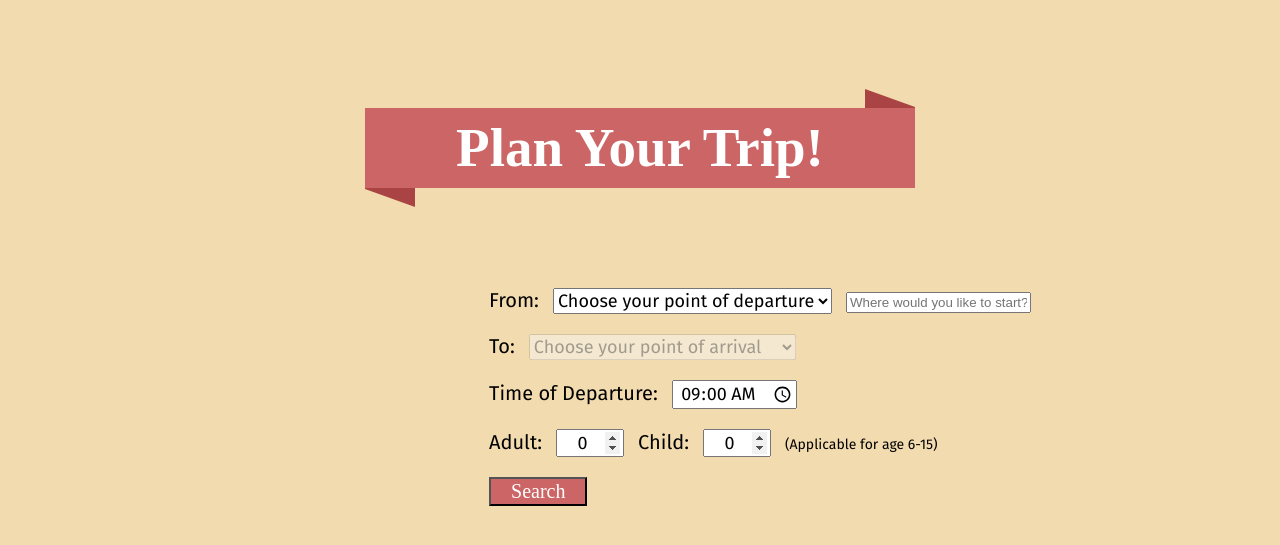
Repository: bbh0607/bae_dNation
Page: public/index.html
These files come from the project's save history. The page is drawn as it stood at one moment and after the next save; the edit follows.
The browser window is 1280 px wide. The pictures show the whole page.
Some web fonts or font styles are not loaded; a fallback is used.

Above is the page before, as saved 2020-02-01 15:14:08.

### public/index.html
<!DOCTYPE html>
<html lang="en">
  <head>
    <meta charset="UTF-8" />
    <link rel="stylesheet" type="text/css" href="./css/style.css" />
    <link rel="stylesheet" href="https://fonts.googleapis.com/css?family=Fira+Sans">
    <script src="js/script.js"></script>
    <title>My Website</title>
  </head>
  <body>
    <h1>Plan Your Trip!</h1>
    <form action="result.html" method="POST">
      <ul>
        <li>
          <label for="from">From:</label>
          <select id="fromSelect" name="from" onchange="removeDuplicate(this)" required>
            <option value="DEFAULT" selected disabled hidden>Choose your point of departure</option>
            <option value="KLIA">KLIA (KL International Airport)</option>
            <option value="KLIA2">KLIA2 (Airport Terminal 2)</option>
            <option value="SENTRAL">KL Sentral</option>
            <option value="OTHER">Other..</option>
          </select>
          <input type="text" name="search" placeholder="Where would you like to start?">
        </li>
        <li>
          <label for="to">To:</label>
          <select id="toSelect" name="to" onchange="removeDuplicate(this)" disabled required>
            <option value="DEFAULT" selected disabled hidden>Choose your point of arrival</option>
            <option value="KLIA">KLIA (KL International Airport)</option>
            <option value="KLIA2">KLIA2 (Airport Terminal 2)</option>
            <option value="SENTRAL">KL Sentral</option>
            <option value="OTHER">Other..</option>
          </select>
        </li>
        <li>
          <label for="deptime">Time of Departure:</label>
          <input type="time" id="deptime" name="deptime" value="09:00" required>
        </li>
        <li>
          <label for="adult">Adult:</label>
          <input type="number" id="adult" name="adult" value="0" min='0' required>
          <label for="child">Child:</label>
          <input type="number" id="child" name="child" value="0" min='0' required>
          <small>(Applicable for age 6-15)</small>
        </li>
        <li>
          <input type="submit" value="Search">
        </li>
      </ul>
    </form a>
  </body>
</html>

### public/css/style.css
/* body {
  background-color: aquamarine;
} */

@import url(https://fonts.googleapis.com/css?family=Patua+One);

body {
  background-color:#F2DBAE;
  align-content: center;
}

h1 {
  background-color:#c66;
  width:550px; height:80px;
  line-height:80px;
  font-size:55px;
  text-align:center;
  position:relative;
  margin:100px auto;
  font-family: 'Patua One', cursive;
  color:#fff;
  }

h1:before, h1:after {
  background-color:#a44;
  width:50px; height:80px;
  content:'';
  display:block;
  transform:skewY(20deg);
  position:absolute;
  z-index:-1;
}

h1:before {top:10px; left:0; }
h1:after {top:-10px; right:0; }

label {
  font-size: 20px;
  font-family: "Fira Sans", sans-serif;
  margin-right: 10px;
}

ul {
  list-style-type: none;
  justify-self: center;
  margin-left: 200px;
}

li {
  margin-top: 20px;
}

select {
  font-family: "Fira Sans", sans-serif;
  font-size: 18px;
  margin-right: 10px;
}

input[type="submit"]{
  background-color: #c66;
  color: #fff;
  font-size: 20px;
  font-family: 'Patua One', cursive;
  padding-left: 20px;
  padding-right: 20px;
}

input[type="number"]{
  width: 60px;
  text-align: center;
  margin-right: 10px;
  font-family: "Fira Sans", sans-serif;
  font-size: 18px;
}

input[type="time"]{
  width: 120px;
  text-align: center;
  font-family: "Fira Sans", sans-serif;
  font-size: 18px;
}

small {
  font-family: "Fira Sans", sans-serif;
  font-size: 14px;
}

input[type='number']::-webkit-inner-spin-button,
input[type='number']::-webkit-outer-spin-button {
    opacity: 1;
}

input[type='time']::-webkit-inner-spin-button,
input[type='time']::-webkit-outer-spin-button {
    opacity: 1;
}

### public/js/script.js
function removeDuplicate(element) {
    const changedId = element.id;
    const comparisonId = changedId == 'fromSelect'? 'toSelect': 'fromSelect';
    const changed = document.getElementById(changedId);
    const compare = document.getElementById(comparisonId)
    if (
      changed.options[changed.selectedIndex].value ==
      compare.options[compare.selectedIndex].value
    ) compare.value="DEFAULT"
    document.getElementById(comparisonId).disabled = false;
}

After the next save:
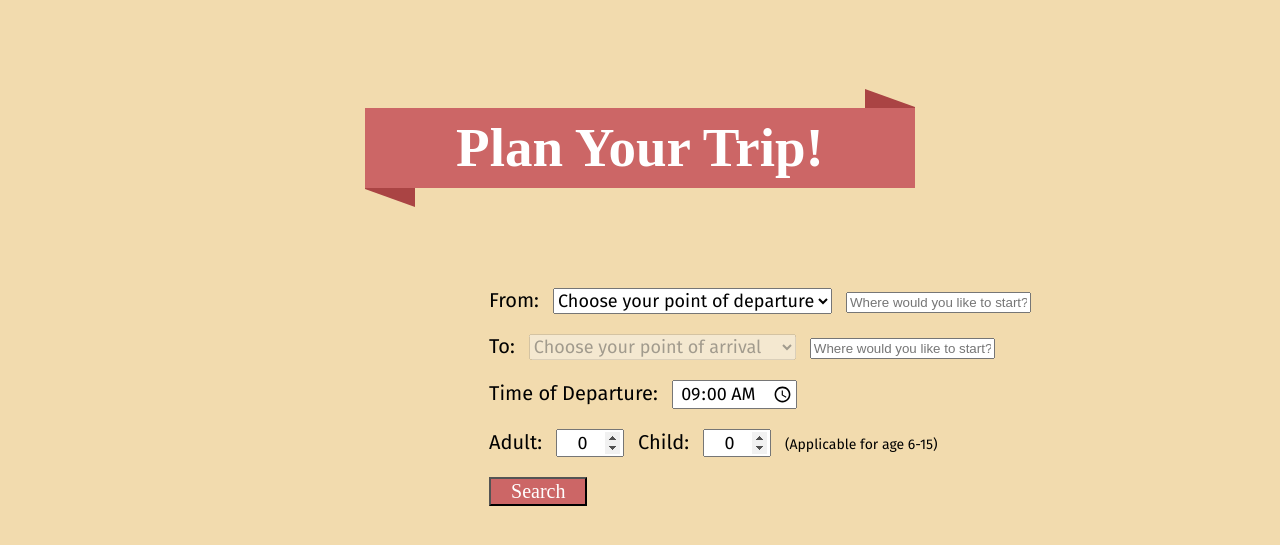
Saved 19 s later.
--- a/public/index.html
+++ b/public/index.html
@@ -31,6 +31,8 @@
             <option value="SENTRAL">KL Sentral</option>
             <option value="OTHER">Other..</option>
           </select>
+                    <input type="text" name="search" placeholder="Where would you like to start?">
+
         </li>
         <li>
           <label for="deptime">Time of Departure:</label>
